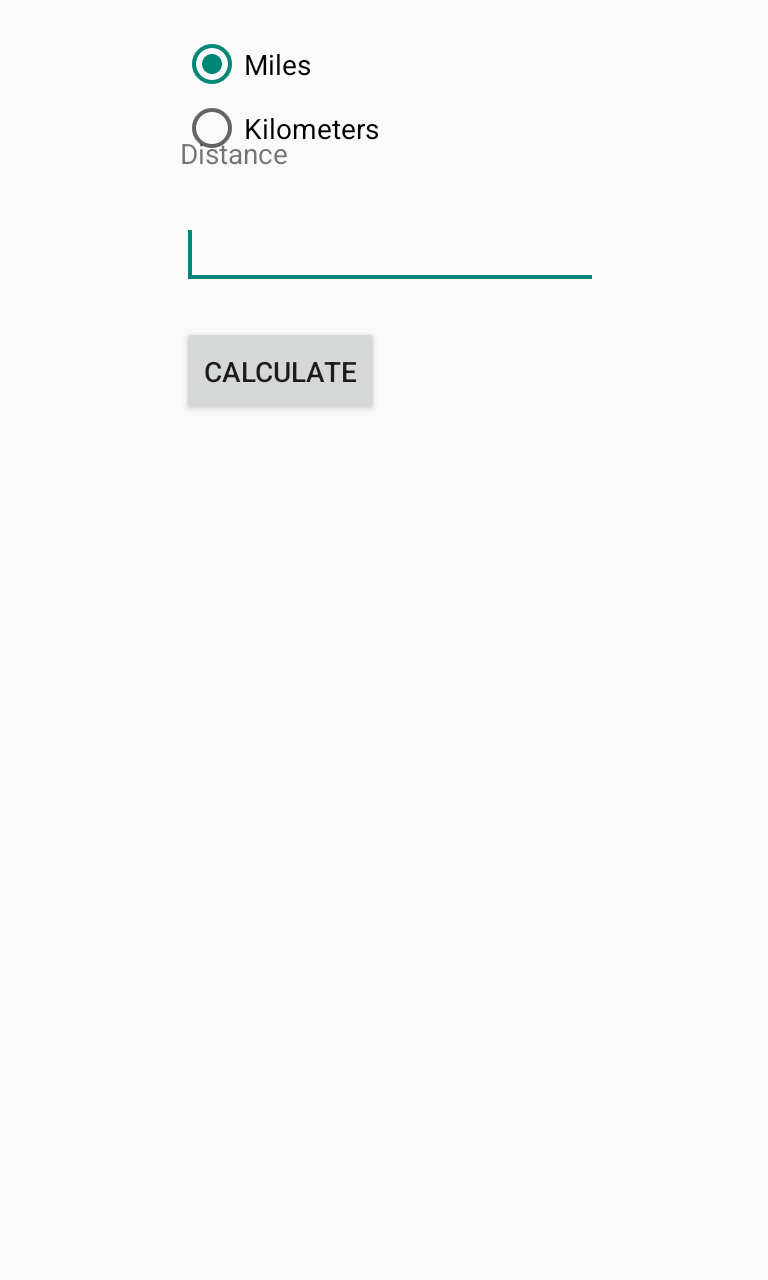
Repository: awayzo/6300Fall14Assignment4
Layout: UnitConvertor/res/layout/activity_main.xml
The author's editor kept a copy of each file at every save. The layout is drawn from the files as they stood at one save, then again after the next save.
It is drawn on a 768 x 1280 px phone screen (xhdpi) without system bars, with theme AppTheme; the app's code is not run.

Above is the layout before, as saved 2014-09-25 17:28:17.

After the next save:
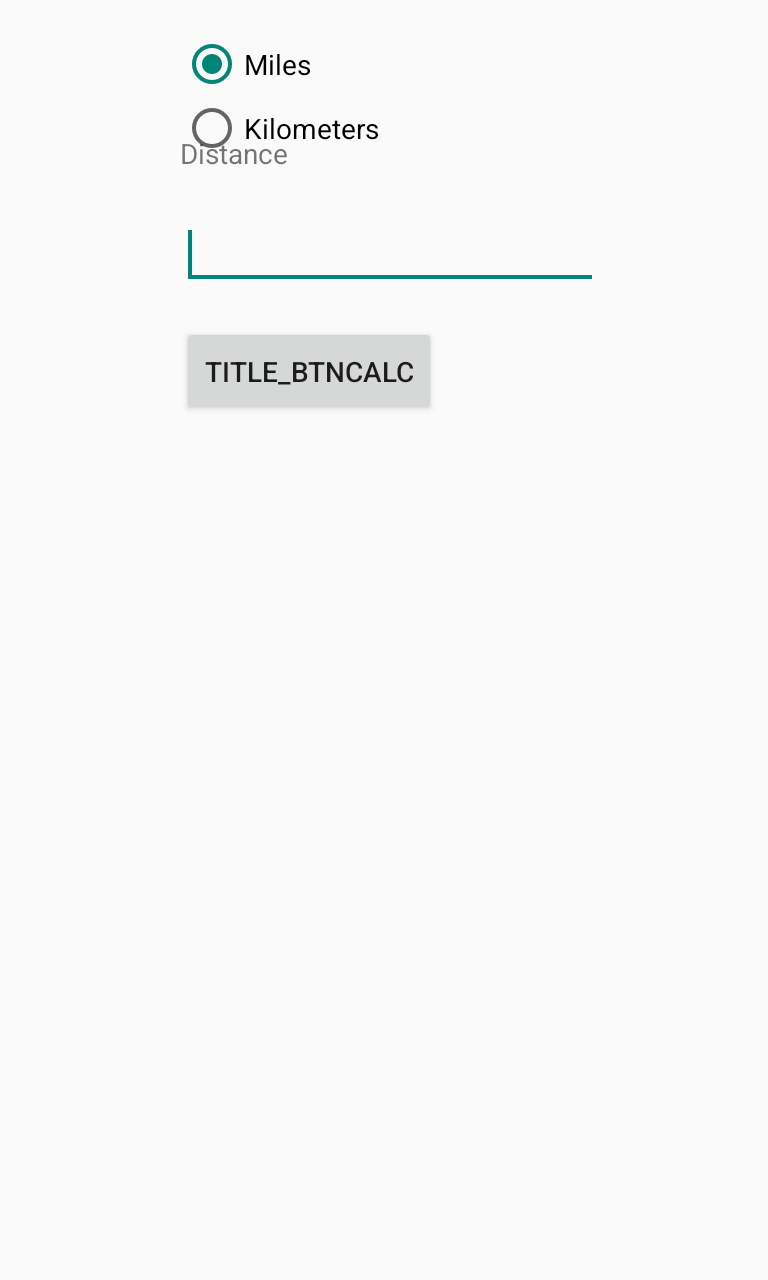
Saved 40 s later.
--- a/UnitConvertor/res/layout/activity_main.xml
+++ b/UnitConvertor/res/layout/activity_main.xml
@@ -61,7 +61,7 @@
         android:layout_alignLeft="@+id/txt1"
         android:layout_below="@+id/txt1"
         android:layout_marginTop="15dp"
-        android:text="Calculate" />
+        android:text="title_btnCalc" />
 
 
 </RelativeLayout>

After the 2 saves that followed:
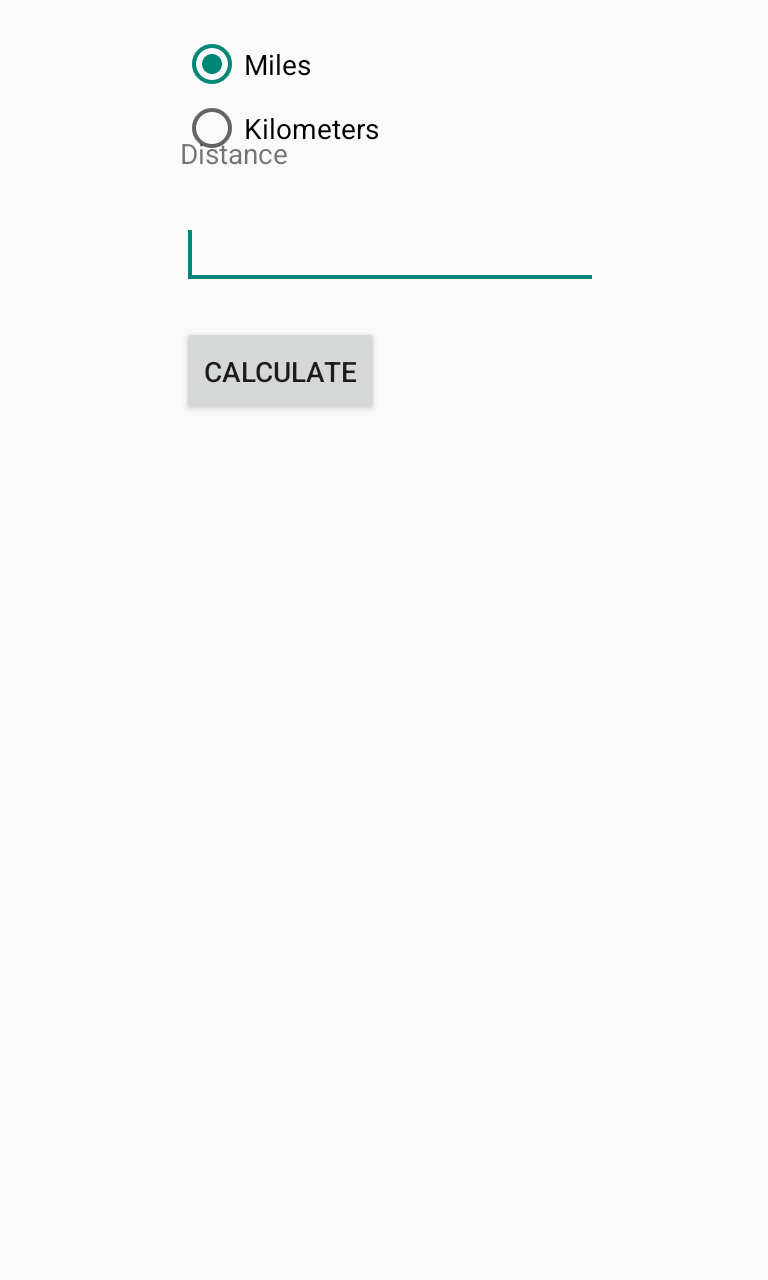
The 2 saves are shown as one change because 1 did not build or start.
The last was saved 45 s later.
--- a/UnitConvertor/res/layout/activity_main.xml
+++ b/UnitConvertor/res/layout/activity_main.xml
@@ -61,7 +61,7 @@
         android:layout_alignLeft="@+id/txt1"
         android:layout_below="@+id/txt1"
         android:layout_marginTop="15dp"
-        android:text="title_btnCalc" />
+        android:text="@string/title_btn_Calc" />
 
 
 </RelativeLayout>
